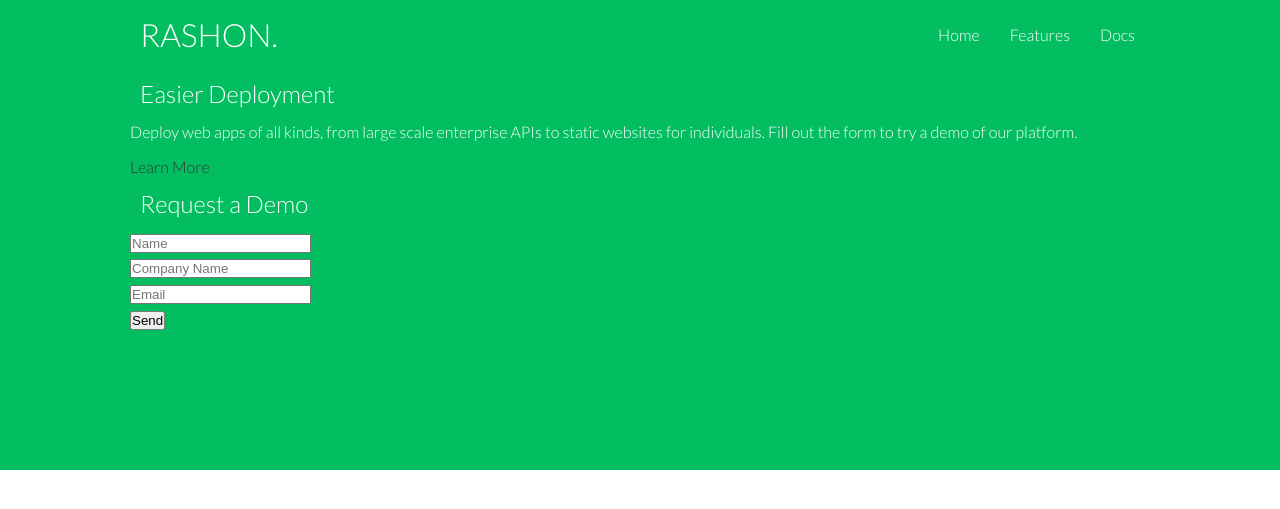
Repository: Skilis/website-modern
Page: index.html
These files come from the project's save history. The page is drawn as it stood at one moment and after the next save; the edit follows.
The browser window is 1280 px wide. The pictures show the whole page.

Above is the page before, as saved 2020-10-23 13:16:56.

### index.html
<!DOCTYPE html>
<html lang="en">

<head>
  <meta charset="UTF-8">
  <meta name="viewport" content="width=device-width, initial-scale=1.0">
  <link rel="stylesheet" href="https://cdnjs.cloudflare.com/ajax/libs/font-awesome/5.15.1/css/all.min.css"
    integrity="sha512-+4zCK9k+qNFUR5X+cKL9EIR+ZOhtIloNl9GIKS57V1MyNsYpYcUrUeQc9vNfzsWfV28IaLL3i96P9sdNyeRssA=="
    crossorigin="anonymous" />
  <link rel="stylesheet" href="css/style.css">
  <title>Rashon | Cloud Hosting For The SuperPhly</title>
</head>

<body>
  <!-- Navbar-->
  <div class="navbar">
    <div class="container flex">
      <h1 class="logo">RASHON.</h1>
      <nav>
        <ul>
          <li><a href="index.html">Home</a></li>
          <li><a href="features.html">Features</a></li>
          <li><a href="docs.html">Docs</a></li>
        </ul>
      </nav>
    </div>

  </div>

  <!-- Showcase-->

  <section class="showcase">
    <div class="container grid">
      <div class="showcase-text">
        <h1>Easier Deployment</h1>
        <p>Deploy web apps of all kinds, from large scale enterprise APIs to static websites for individuals. Fill out
          the form to try a demo of our platform.</p>
        <a href="features.html" class="btn btn-outline">Learn More</a>
      </div>

      <div clas="showcase-form card">
        <h2>Request a Demo</h2>
        <form>
          <div class="form-control">
            <input type="text" name="name" placeholder="Name" required>
          </div>
          <div class="form-control">
            <input type="text" name="company" placeholder="Company Name" required>
          </div>
          <div class="form-control">
            <input type="email" name="email" placeholder="Email" required>
          </div>
          <input type="submit" value="Send" class="btn btn-primary">
        </form>
      </div>
    </div>

  </section>
</body>

</html>

### css/style.css
@import url('https://fonts.googleapis.com/css2?family=Lato:wght@300&display=swap');

:root {
  --primary-color: #03be61;
}

* {
  box-sizing: border-box;
  padding: 0;
  margin: 0;
}

body {
  font-family: 'Lato', sans-serif;
  color: #333;
  line-height: 1.6;
}

ul {
  list-style-type: none;
}

a {
  text-decoration: none;
  color: #333;
}

h1,
h2 {
  font-weight: 300;
  line-height: 1.2;
  margin: 10px;
}

p {
  margin: 10px 0;
}

img {
  width: 100%;
}

/* Navrbar*/

.navbar {
  background-color: var(--primary-color);
  color: #fff;
  height: 70px;
}

.navbar ul {
  display: flex;
}

.navbar a {
  color: #fff;
  padding: 10px;
  margin: 0 5px;
}

.navbar a:hover {
  border-bottom: 2px white solid;
}

.navbar .flex {
  justify-content: space-between;
}

/* Showcase*/

.showcase {
  height: 400px;
  background-color: var(--primary-color);
  color: white;
  position: relative;
}

/* Utilities*/

.container {
  max-width: 1100px;
  margin: 0 auto;
  overflow: auto;
  padding: 0 40px;
}

.flex {
  display: flex;
  justify-content: center;
  align-items: center;
  height: 100%;
}

After the next save:
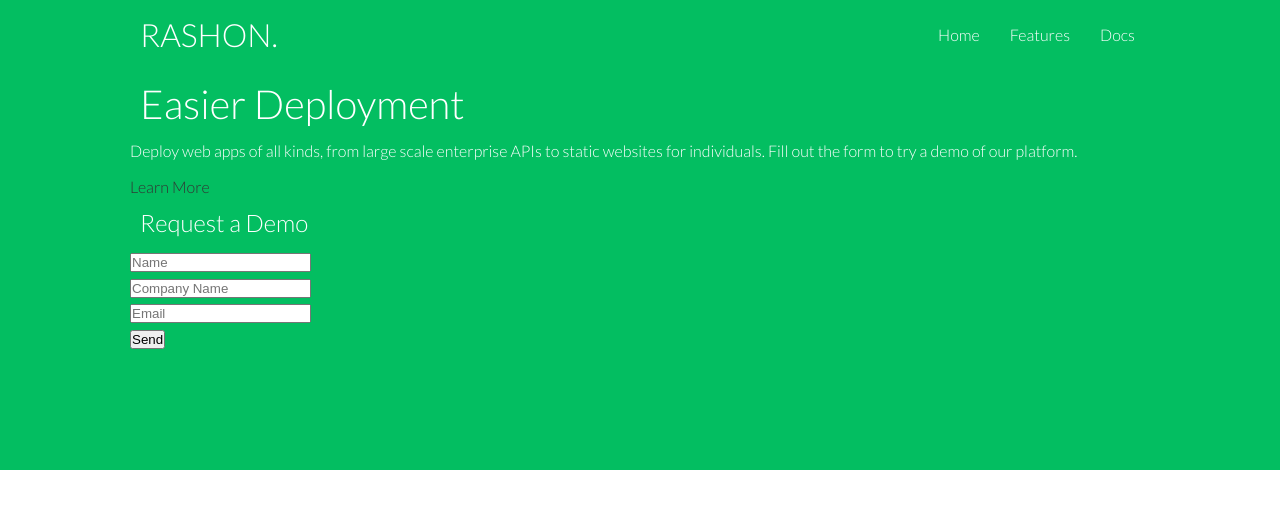
Saved 20 s later.
--- a/css/style.css
+++ b/css/style.css
@@ -75,6 +75,10 @@
   position: relative;
 }
 
+.showcase h1 {
+  font-size: 40px;
+}
+
 /* Utilities*/
 
 .container {
